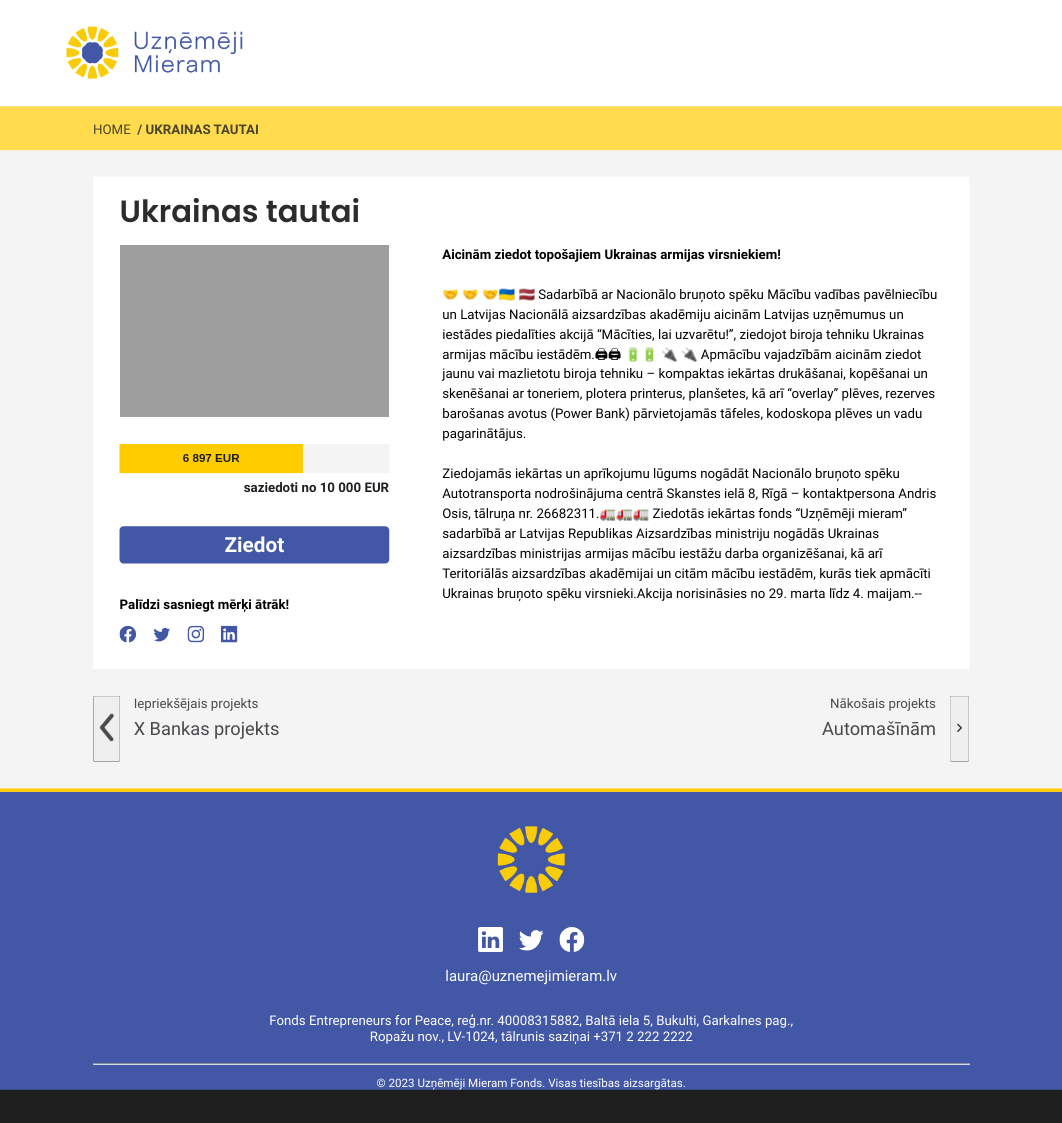
Repository: KatrinaPa/projekts11
Page: projekts-donateUkr.html
These files come from the project's save history. The page is drawn as it stood at one moment and after the next save; the edit follows.
The browser window is 1280 px wide. The pictures show the whole page, at 83% of full size.
Pictures or frames that could not be fetched are drawn as grey boxes.

Above is the page before, as saved 2023-05-30 21:55:05.
Console error: TypeError: Cannot read properties of null (reading 'children')

After the next save:
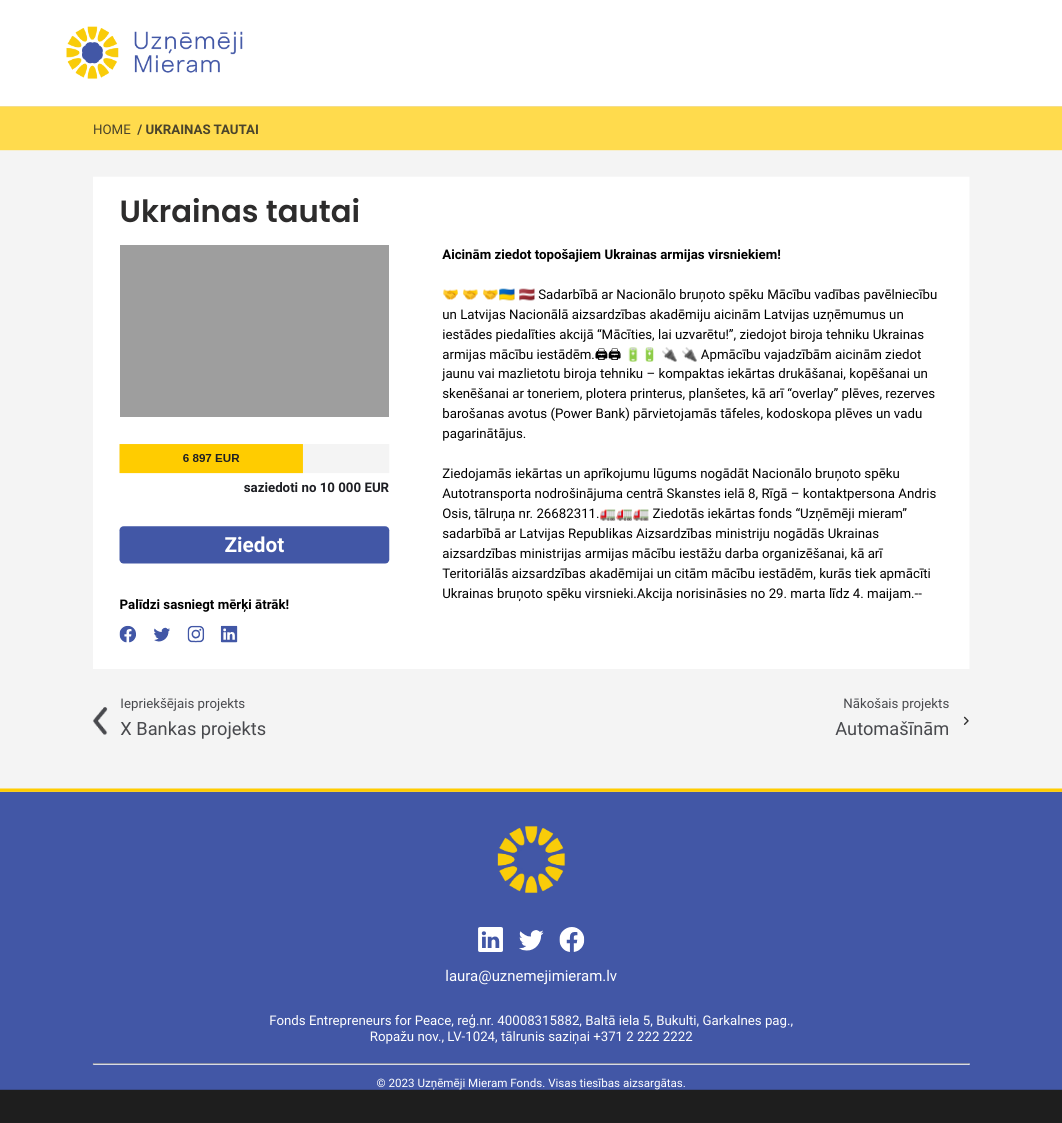
Saved 12 s later.
--- a/assets/projekti.css
+++ b/assets/projekti.css
@@ -47,7 +47,7 @@ h1 {
     margin: 2rem 7rem 2rem 7rem;
 }
 
-carousel_proj_btn {
+.carousel_proj_btn {
     margin-top: -1rem;
     padding: 0;
     border: 0;
@@ -59,8 +59,6 @@ carousel_proj_btn {
     font-size: 35px;
     color: #1E1F24;
 } */
-
-
 
 
 
